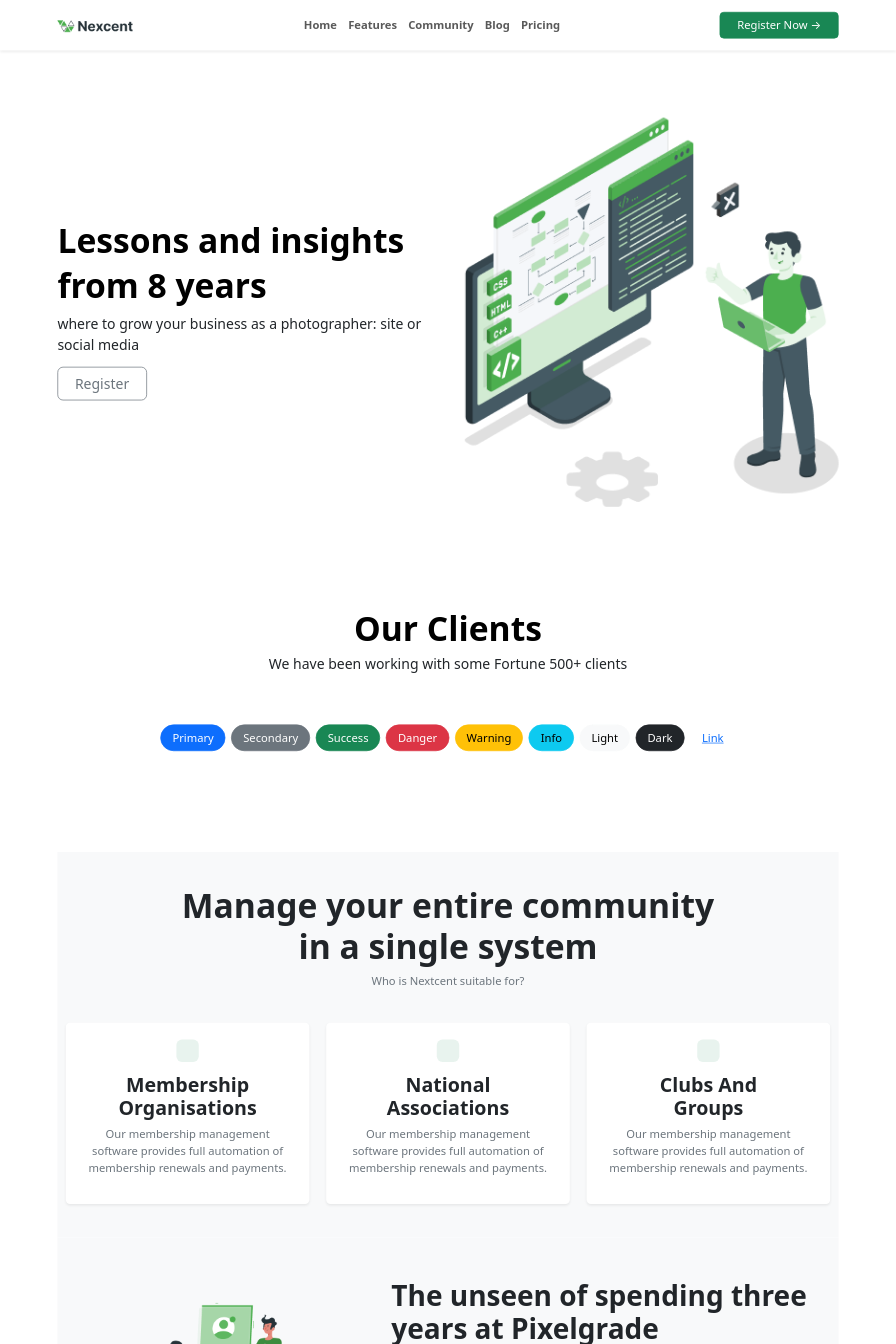
Repository: Laibaaa10/Bootstrap1
Page: index.html
The author's editor kept a copy of each file at every save. The page is drawn from the files as they stood at one save, then again after a run of saves.
The browser window is 1280 px wide. The pictures show the part of the page from y = 0 to 1920 px (the page is 2884 px tall before and 2193 px after), at 70% of full size.

Above is the page before, as saved 2026-06-18 08:08:14.

### index.html
<!DOCTYPE html>
<html lang="en">

<head>
    <meta charset="UTF-8">
    <meta name="viewport" content="width=device-width, initial-scale=1.0">
    <title>Navbar</title>
    <link href="https://cdn.jsdelivr.net/npm/bootstrap@5.3.3/dist/css/bootstrap.min.css" rel="stylesheet">
    <link rel="stylesheet" href="style.css">
</head>

<body>
    <!-- Navbar start  -->
     <nav class="navbar navbar-expand-lg bg-white shadow-sm py-3">
    <div class="container">

        <a class="navbar-brand" href="#">
            <img src="./images/Logo.png" alt="Logo" class="img-fluid">
        </a>

        <button class="navbar-toggler" type="button"
            data-bs-toggle="collapse"
            data-bs-target="#navbarContent">
            <span class="navbar-toggler-icon"></span>
        </button>

        <div class="collapse navbar-collapse" id="navbarContent">

            <ul class="navbar-nav mx-auto">
                <li class="nav-item">
                    <a class="nav-link fw-semibold" href="#">Home</a>
                </li>

                <li class="nav-item">
                    <a class="nav-link fw-semibold" href="#">Features</a>
                </li>

                <li class="nav-item">
                    <a class="nav-link fw-semibold" href="#">Community</a>
                </li>

                <li class="nav-item">
                    <a class="nav-link fw-semibold" href="#">Blog</a>
                </li>

                <li class="nav-item">
                    <a class="nav-link fw-semibold" href="#">Pricing</a>
                </li>
            </ul>

            <a href="#" class="btn btn-success px-4">
                Register Now →
            </a>

        </div>
    </div>
</nav>
    <!-- Navbar end -->

    <!-- Hero section start  -->
<div class="container py-5">
    <div class="row flex-lg-row-reverse align-items-center g-5 py-5">
        <div class="col-10 col-sm-8 col-lg-6"> <img src="./images/Illustration.png" class="d-block mx-lg-auto img-fluid"
                alt="Bootstrap Themes" width="700" height="500" loading="lazy"> </div>
        <div class="col-lg-6">
            <h1 class="display-5 fw-bold text-body-emphasis lh-1 mb-3">Lessons and insights</h1>
            <h1 class="display-5 fw-bold text-body-emphasis lh-1 mb-3 bg">from 8 years</h1>
            <p class="lead">where to grow your business as a photographer: site or social media</p>
            <div class="d-grid gap-2 d-md-flex justify-content-md-start"> <button type="button"
                    class="btn btn-outline-secondary btn-lg px-4 bgcolor">Register</button> </div>
        </div>
    </div>

    <div class="px-4 py-5 my-5 text-center">
        <h1 class="display-5 fw-bold text-body-emphasis">Our Clients</h1>
        <div class="col-lg-6 mx-auto">
            <p class="lead mb-4">We have been working with some Fortune 500+ clients</p>
        </div>
        <div class="d-flex gap-2 justify-content-center py-5"> <button class="btn btn-primary rounded-pill px-3"
                type="button">Primary</button> <button class="btn btn-secondary rounded-pill px-3"
                type="button">Secondary</button> <button class="btn btn-success rounded-pill px-3"
                type="button">Success</button> <button class="btn btn-danger rounded-pill px-3"
                type="button">Danger</button> <button class="btn btn-warning rounded-pill px-3"
                type="button">Warning</button> <button class="btn btn-info rounded-pill px-3"
                type="button">Info</button> <button class="btn btn-light rounded-pill px-3" type="button">Light</button>
            <button class="btn btn-dark rounded-pill px-3" type="button">Dark</button> <button
                class="btn btn-link rounded-pill px-3" type="button">Link</button> </div>
    </div>


             <section class="py-5 bg-light">
    <div class="container">

        <div class="text-center mb-5">
            <h1 class="fw-bold display-5 text-dark">
                Manage your entire community <br>
                in a single system
            </h1>

            <p class="text-secondary">
                Who is Nextcent suitable for?
            </p>
        </div>

        <div class="row g-4">
            <div class="col-md-4">
                <div class="card border-0 shadow-sm h-100 text-center p-4">

                    <div class="mx-auto bg-success bg-opacity-10 rounded-3 p-3 mb-3">
                        <i class="bi bi-people fs-2 text-success"></i>
                    </div>

                    <h3 class="fw-bold">
                        Membership <br> Organisations
                    </h3>

                    <p class="text-secondary">
                        Our membership management software provides full automation of membership renewals and payments.
                    </p>

                </div>
            </div>
            <div class="col-md-4">
                <div class="card border-0 shadow-sm h-100 text-center p-4">

                    <div class="mx-auto bg-success bg-opacity-10 rounded-3 p-3 mb-3">
                        <i class="bi bi-building fs-2 text-success"></i>
                    </div>

                    <h3 class="fw-bold">
                        National <br> Associations
                    </h3>

                    <p class="text-secondary">
                        Our membership management software provides full automation of membership renewals and payments.
                    </p>

                </div>
            </div>
            <div class="col-md-4">
                <div class="card border-0 shadow-sm h-100 text-center p-4">

                    <div class="mx-auto bg-success bg-opacity-10 rounded-3 p-3 mb-3">
                        <i class="bi bi-diagram-3 fs-2 text-success"></i>
                    </div>

                    <h3 class="fw-bold">
                        Clubs And <br> Groups
                    </h3>

                    <p class="text-secondary">
                        Our membership management software provides full automation of membership renewals and payments.
                    </p>

                </div>
            </div>

        </div>

    </div>

</section>

<section class="bg-light py-5">
    <div class="container">
        <div class="row align-items-center">
            <div class="col-lg-5 text-center mb-4 mb-lg-0">
                <img src="./images/Frame 35.png" alt="Illustration"
                     class="img-fluid">
            </div>

            <div class="col-lg-7">
                <h1 class="fw-bold text-dark mb-4">
                    The unseen of spending three years at Pixelgrade
                </h1>

                <p class="text-secondary mb-4">
                    Lorem ipsum dolor sit amet, consectetur adipiscing elit.
                    Sed sit amet justo ipsum. Sed accumsan quam vitae est
                    varius fringilla. Pellentesque placerat vestibulum lorem
                    sed porta. Nullam mattis tristique iaculis. Nullam pulvinar
                    sit amet risus pretium auctor.
                </p>

                <button class="btn btn-success px-4 py-2">
                    Learn More
                </button>
            </div>

        </div>
    </div>
</section>

<!-- Stats Section Start -->
<section class="bg-light py-5">
    <div class="container">
        <div class="row align-items-center">

            <div class="col-lg-5">
                <h2 class="fw-bold text-dark">
                    Helping a local <br>
                    <span class="text-success">business reinvent itself</span>
                </h2>
                <p class="text-muted mt-3">
                    We reached here with our hard work and dedication
                </p>
            </div>
            <div class="col-lg-7">
                <div class="row g-4">

                    <div class="col-md-6 d-flex align-items-center">
                        <i class="fa-solid fa-users text-success fs-1 me-3"></i>
                        <div>
                            <img src="./images/Vector.png" alt="Illustration" class="img-fluid mb-2">
                            <h3 class="fw-bold mb-0">2,245,341</h3>
                            <p class="text-muted mb-0">Members</p>
                        </div>
                    </div>

                    <div class="col-md-6 d-flex align-items-center">
                        <i class="fa-solid fa-handshake text-success fs-1 me-3"></i>
                        <div>
                            <img src="./images/Icon (1).png" alt="Illustration" class="img-fluid mb-2">
                            <h3 class="fw-bold mb-0">46,328</h3>
                            <p class="text-muted mb-0">Clubs</p>
                        </div>
                    </div>

                    <div class="col-md-6 d-flex align-items-center">
                        <i class="fa-solid fa-calendar-check text-success fs-1 me-3"></i>
                        <div>
                            <img src="./images/Vector (1).png" alt="Illustration" class="img-fluid mb-2">
                            <h3 class="fw-bold mb-0">828,867</h3>
                            <p class="text-muted mb-0">Event Bookings</p>
                        </div>
                    </div>

                    <div class="col-md-6 d-flex align-items-center">
                        <i class="fa-regular fa-credit-card text-success fs-1 me-3"></i>
                        <div>
                            <img src="./images/Icon (2).png" alt="Illustration" class="img-fluid mb-2">
                            <h3 class="fw-bold mb-0">1,926,436</h3>
                            <p class="text-muted mb-0">Payments</p>
                        </div>
                    </div>

                </div>
            </div>

        </div>
    </div>
</section>
<!-- Stats Section End -->

<!--Demo Section Start-->
<section class="py-5 text-center">
    <div class="container">
        <h1 class="display-2 fw-bold text-dark mb-4">
            Pellentesque suscipit <br>
            fringilla libero eu.
        </h1>

        <button class="btn btn-success px-5 py-3">
            Get a Demo &nbsp; →
        </button>
    </div>
</section>
<!--Demo Section End-->

</body>
</html>
        <script src="https://cdn.jsdelivr.net/npm/bootstrap@5.3.3/dist/js/bootstrap.bundle.min.js"></script>

</body>

</html>

Loaded but not shown: style.css (no stored copy; drawn as an empty file)

After the next 8 saves:
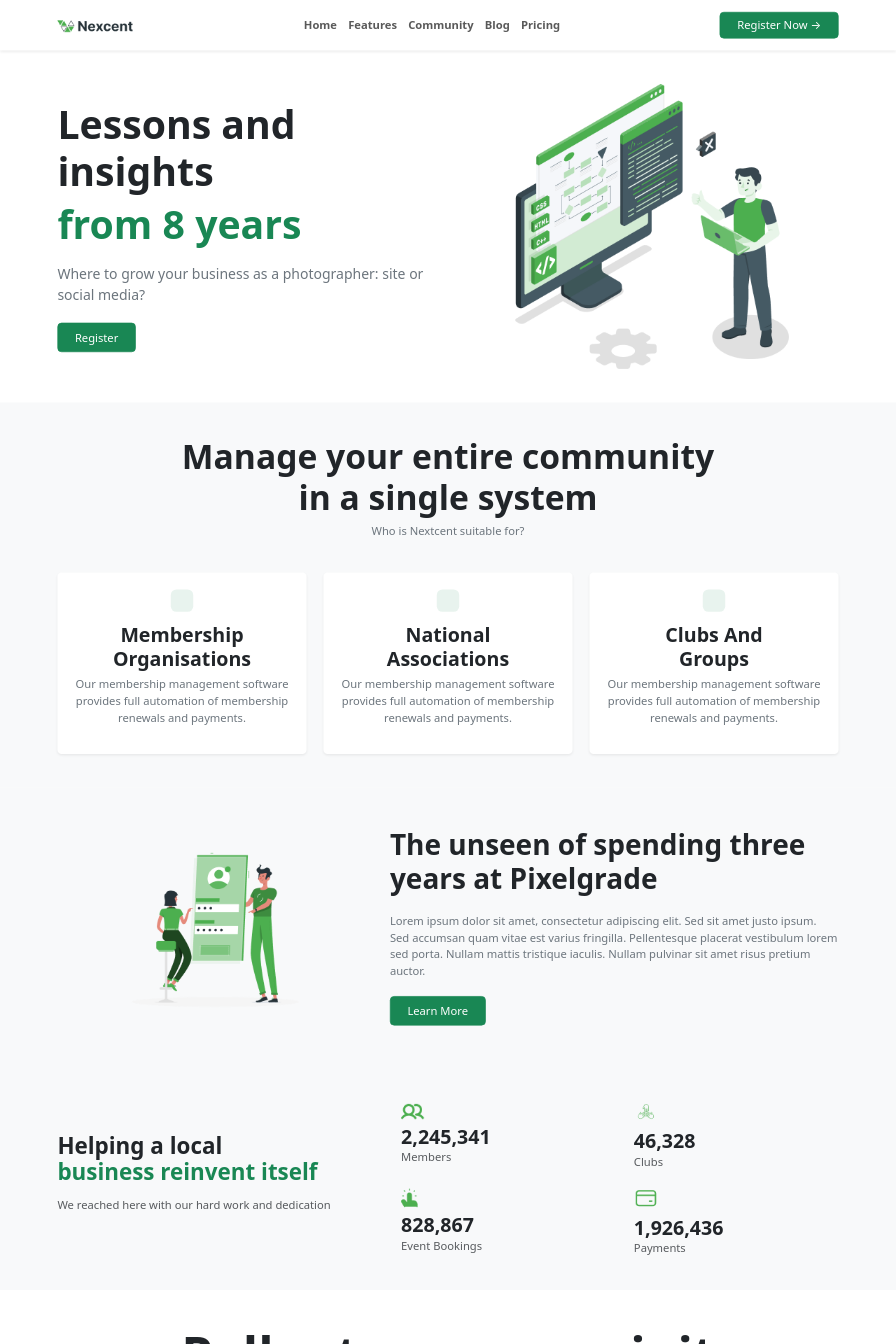
The 8 saves are shown as one change because they came seconds apart.
The last was saved 2 min 9 s later.
--- a/index.html
+++ b/index.html
@@ -58,35 +58,41 @@
     <!-- Navbar end -->
 
     <!-- Hero section start  -->
-<div class="container py-5">
-    <div class="row flex-lg-row-reverse align-items-center g-5 py-5">
-        <div class="col-10 col-sm-8 col-lg-6"> <img src="./images/Illustration.png" class="d-block mx-lg-auto img-fluid"
-                alt="Bootstrap Themes" width="700" height="500" loading="lazy"> </div>
+     <section class="container py-5">
+    <div class="row flex-lg-row-reverse align-items-center g-5">
+
+        <!-- Image -->
+        <div class="col-10 col-sm-8 col-lg-6 mx-auto">
+            <img src="./images/Illustration.png"
+                class="d-block mx-lg-auto img-fluid"
+                alt="Hero Image">
+        </div>
+
+        <!-- Content -->
         <div class="col-lg-6">
-            <h1 class="display-5 fw-bold text-body-emphasis lh-1 mb-3">Lessons and insights</h1>
-            <h1 class="display-5 fw-bold text-body-emphasis lh-1 mb-3 bg">from 8 years</h1>
-            <p class="lead">where to grow your business as a photographer: site or social media</p>
-            <div class="d-grid gap-2 d-md-flex justify-content-md-start"> <button type="button"
-                    class="btn btn-outline-secondary btn-lg px-4 bgcolor">Register</button> </div>
-        </div>
-    </div>
-
-    <div class="px-4 py-5 my-5 text-center">
-        <h1 class="display-5 fw-bold text-body-emphasis">Our Clients</h1>
-        <div class="col-lg-6 mx-auto">
-            <p class="lead mb-4">We have been working with some Fortune 500+ clients</p>
-        </div>
-        <div class="d-flex gap-2 justify-content-center py-5"> <button class="btn btn-primary rounded-pill px-3"
-                type="button">Primary</button> <button class="btn btn-secondary rounded-pill px-3"
-                type="button">Secondary</button> <button class="btn btn-success rounded-pill px-3"
-                type="button">Success</button> <button class="btn btn-danger rounded-pill px-3"
-                type="button">Danger</button> <button class="btn btn-warning rounded-pill px-3"
-                type="button">Warning</button> <button class="btn btn-info rounded-pill px-3"
-                type="button">Info</button> <button class="btn btn-light rounded-pill px-3" type="button">Light</button>
-            <button class="btn btn-dark rounded-pill px-3" type="button">Dark</button> <button
-                class="btn btn-link rounded-pill px-3" type="button">Link</button> </div>
-    </div>
-
+
+            <h1 class="display-4 fw-bold text-dark">
+                Lessons and insights
+            </h1>
+
+            <h1 class="display-4 fw-bold text-success">
+                from 8 years
+            </h1>
+
+            <p class="lead text-secondary my-4">
+                Where to grow your business as a photographer:
+                site or social media?
+            </p>
+
+            <a href="#" class="btn btn-success px-4 py-2">
+                Register
+            </a>
+
+        </div>
+
+    </div>
+</section>
+<!-- Hero section end -->
 
              <section class="py-5 bg-light">
     <div class="container">
